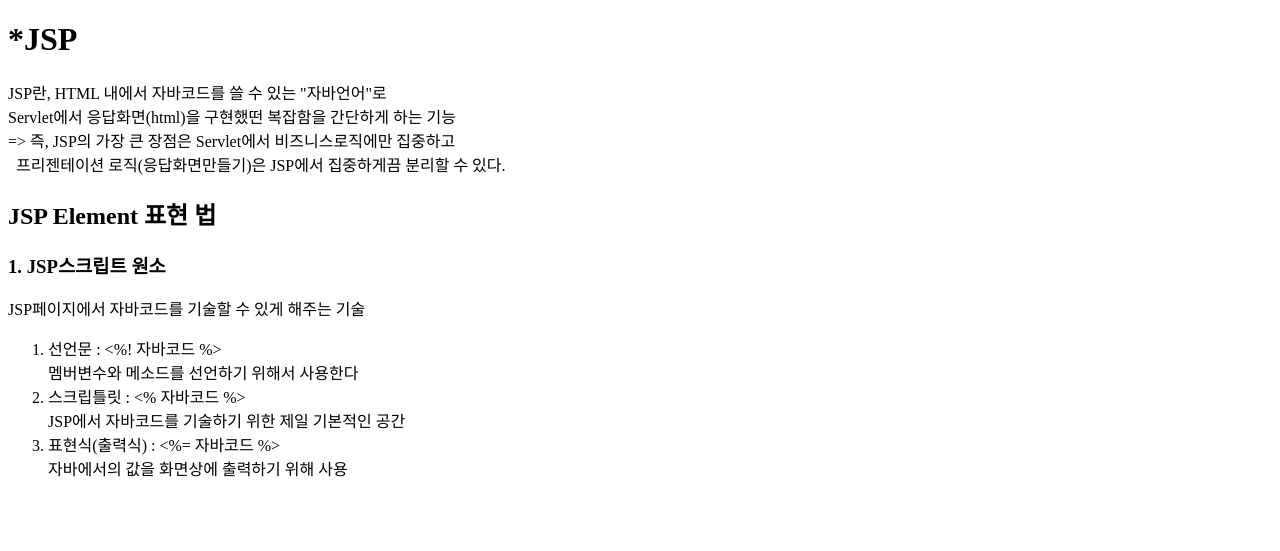
Repository: hyerangbi/Servlet
Page: 7_JSP/JSP/src/main/webapp/index.html
An editor plug-in stored every save of this project. The page is shown before and after the next save, followed by the edit.
The browser window is 1280 px wide. The pictures show the whole page.

Above is the page before, as saved 2024-09-10 02:13:07.

### 7_JSP/JSP/src/main/webapp/index.html
<!DOCTYPE html>
<html>
<head>
<meta charset="UTF-8">
<title>Insert title here</title>
</head>
<body>
    <h1> *JSP </h1>
    <p>
        JSP란, HTML 내에서 자바코드를 쓸 수 있는 "자바언어"로 <br>
        Servlet에서 응답화면(html)을 구현했떤 복잡함을 간단하게 하는 기능 <br>
        => 즉, JSP의 가장 큰 장점은 Servlet에서 비즈니스로직에만 집중하고 <br>
        &nbsp;&nbsp;프리젠테이션 로직(응답화면만들기)은 JSP에서 집중하게끔 분리할 수 있다.
    </p>

    <h2> JSP Element 표현 법</h2>

    <h3> 1. JSP스크립트 원소</h3>
    <p>JSP페이지에서 자바코드를 기술할 수 있게 해주는 기술</p>

    <ol>
        <li>
            선언문 : &lt;%! 자바코드 %&gt; <br>
            멤버변수와 메소드를 선언하기 위해서 사용한다
        </li>
        <li>
            스크립틀릿 : &lt;% 자바코드 %&gt; <br>
            JSP에서 자바코드를 기술하기 위한 제일 기본적인 공간
        </li>
        <li>
            표현식(출력식) : &lt;%= 자바코드 %&gt; <br>
            자바에서의 값을 화면상에 출력하기 위해 사용
        </li>
    </ol>
</body>
</html>

After the next save:
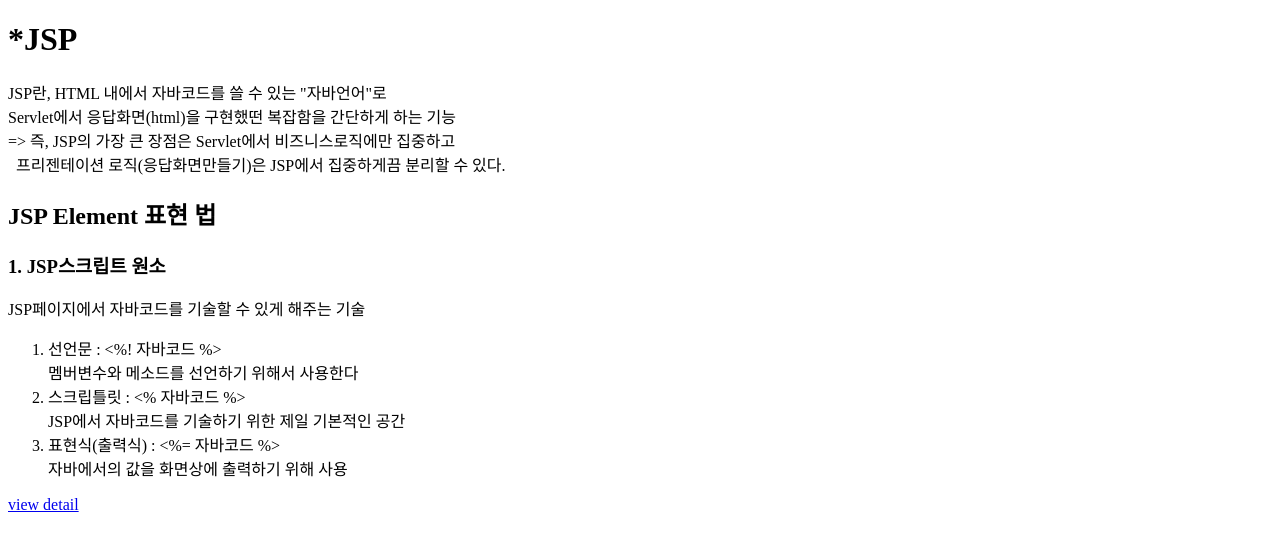
Saved 3 min 51 s later.
--- a/7_JSP/JSP/src/main/webapp/index.html
+++ b/7_JSP/JSP/src/main/webapp/index.html
@@ -32,5 +32,6 @@
             자바에서의 값을 화면상에 출력하기 위해 사용
         </li>
     </ol>
+    <a href="views/01_ScriptingElement.jsp">view detail</a>
 </body>
 </html>
